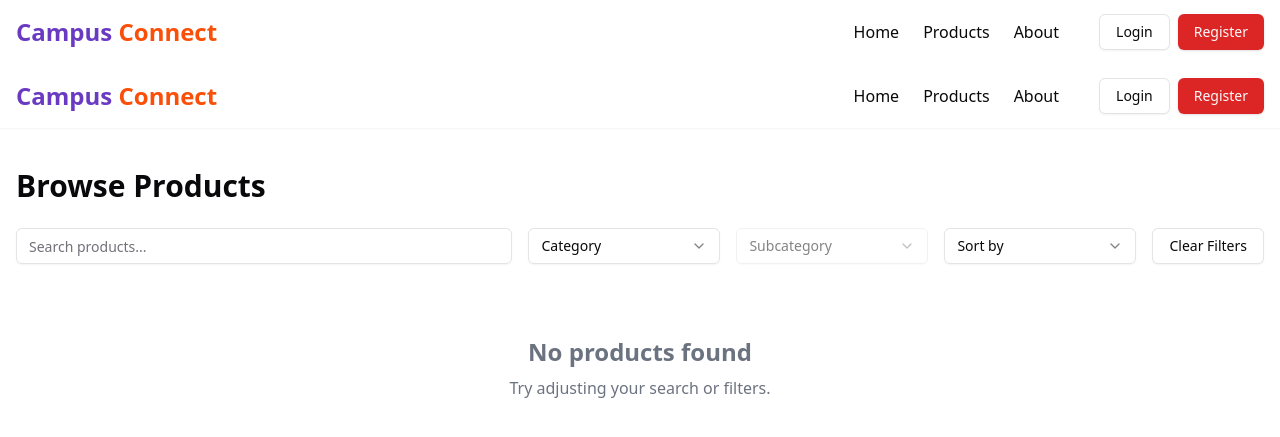
Repository: DashaaFX/Campus-Connect-CSC482
Page: /products (app in frontend-recovery/)
An editor plug-in stored every save of this project. The page is shown before and after the next save, followed by the edit.
The browser window is 1280 px wide. The pictures show the whole page.
The page's requests for data from a server got no answer. The project was rebuilt for these pictures with package versions that can differ from the ones it lists, and the page was loaded fresh each time. No one was signed in, and anything a server would have sent is missing. Also part of the build but not shown: frontend-recovery/vite.config.js, frontend-recovery/src/components/ui/popover.jsx, frontend-recovery/src/components/ui/avatar.jsx, frontend-recovery/src/components/components_lite/Header.jsx, frontend-recovery/src/components/components_lite/Footer.jsx, frontend-recovery/src/components/components_lite/LatestProducts.jsx, frontend-recovery/src/components/components_lite/Home.jsx, frontend-recovery/src/components/ui/label.jsx and 23 more.

Above is the page before, as saved 2025-04-30 18:22:38.

### frontend-recovery/index.html
<!doctype html>
<html lang="en">
  <head>
    <meta charset="UTF-8" />
    <link rel="icon" href="/sunfire sensei logo.png" />
    <meta name="viewport" content="width=device-width, initial-scale=1.0" />
    <title>Campus Connect</title>
  </head>
  <body>
    <div id="root"></div>
    <script type="module" src="/src/main.jsx"></script>
  </body>
</html>

### frontend-recovery/src/main.jsx
import { StrictMode } from "react";
import { createRoot } from "react-dom/client";
import "./index.css";
import App from "./App.jsx";
import { Toaster } from "./components/ui/sonner";
import { Provider } from "react-redux";
import { persistStore } from "redux-persist";

import store from "./redux/store";
import { PersistGate } from "redux-persist/integration/react";

const persistor = persistStore(store);

createRoot(document.getElementById("root")).render(
  <StrictMode>
    <Provider store={store}>
      <PersistGate loading={null} persistor={persistor}>
        <App />
        <Toaster />
      </PersistGate>
    </Provider>
  </StrictMode>
);

### frontend-recovery/src/index.css
@tailwind base;
@tailwind components;
@tailwind utilities;

/* ... */

@layer base {
  :root {

    --background: 0 0% 100%;

    --foreground: 240 10% 3.9%;

    --card: 0 0% 100%;

    --card-foreground: 240 10% 3.9%;

    --popover: 0 0% 100%;

    --popover-foreground: 240 10% 3.9%;

    --primary: 240 5.9% 10%;

    --primary-foreground: 0 0% 98%;

    --secondary: 240 4.8% 95.9%;

    --secondary-foreground: 240 5.9% 10%;

    --muted: 240 4.8% 95.9%;

    --muted-foreground: 240 3.8% 46.1%;

    --accent: 240 4.8% 95.9%;

    --accent-foreground: 240 5.9% 10%;

    --destructive: 0 84.2% 60.2%;

    --destructive-foreground: 0 0% 98%;

    --border: 240 5.9% 90%;

    --input: 240 5.9% 90%;

    --ring: 240 10% 3.9%;

    --chart-1: 12 76% 61%;

    --chart-2: 173 58% 39%;

    --chart-3: 197 37% 24%;

    --chart-4: 43 74% 66%;

    --chart-5: 27 87% 67%;

    --radius: 0.5rem
  }
  .dark {

    --background: 240 10% 3.9%;

    --foreground: 0 0% 98%;

    --card: 240 10% 3.9%;

    --card-foreground: 0 0% 98%;

    --popover: 240 10% 3.9%;

    --popover-foreground: 0 0% 98%;

    --primary: 0 0% 98%;

    --primary-foreground: 240 5.9% 10%;

    --secondary: 240 3.7% 15.9%;

    --secondary-foreground: 0 0% 98%;

    --muted: 240 3.7% 15.9%;

    --muted-foreground: 240 5% 64.9%;

    --accent: 240 3.7% 15.9%;

    --accent-foreground: 0 0% 98%;

    --destructive: 0 62.8% 30.6%;

    --destructive-foreground: 0 0% 98%;

    --border: 240 3.7% 15.9%;

    --input: 240 3.7% 15.9%;

    --ring: 240 4.9% 83.9%;

    --chart-1: 220 70% 50%;

    --chart-2: 160 60% 45%;

    --chart-3: 30 80% 55%;

    --chart-4: 280 65% 60%;

    --chart-5: 340 75% 55%
  }
}

@layer base {
  * {
    @apply border-border;
  }
  body {
    @apply bg-background text-foreground;
  }
}

@keyframes collapsible-down {
  from {
    height: 0;
    opacity: 0;
  }
  to {
    height: var(--radix-collapsible-content-height);
    opacity: 1;
  }
}

@keyframes collapsible-up {
  from {
    height: var(--radix-collapsible-content-height);
    opacity: 1;
  }
  to {
    height: 0;
    opacity: 0;
  }
}

### frontend-recovery/src/App.jsx
import React from "react";
import { createBrowserRouter, RouterProvider } from "react-router-dom";
import { Provider } from "react-redux";
import store from "./redux/store";

// Pages & Components
import Layout from "./Layout";
import Home from "./components/components_lite/Home";
import Login from "./components/authentication/Login";
import Register from "./components/authentication/Register";
import Profile from "./components/components_lite/Profile";
import PrivacyPolicy from "./components/components_lite/PrivacyPolicy";
import TermsofService from "./components/components_lite/TermsofService";
import Creator from "./components/creator/Creator";
import PostProduct from "./components/admincomponent/PostProduct";
import EditProductForm from "./components/admincomponent/EditProductForm";
import AdminProducts from "./pages/AdminProducts";

import PublicProductPage from "./components/components_lite/PublicProductPage";
import Products from "./components/components_lite/Products";
import CartPage from "./pages/CartPage";
import CheckoutPage from "./pages/CheckoutPage";
import MyOrdersPage from "./pages/MyOrdersPage";
import MySalesPage from "./pages/MySalesPage";

const appRouter = createBrowserRouter([
  {
    path: "/",
    element: <Layout />,
    children: [
      { path: "", element: <Home /> },
      { path: "home", element: <Home /> },
      { path: "login", element: <Login /> },
      { path: "register", element: <Register /> },
      { path: "profile", element: <Profile /> },
      { path: "privacy-policy", element: <PrivacyPolicy /> },
      { path: "terms-of-service", element: <TermsofService /> },
      { path: "creator", element: <Creator /> },

      // 🌟 Public product browsing
      { path: "products", element: <PublicProductPage /> },
      { path: "products/:id", element: <Products /> },

      // 🛒 Cart & Checkout
      { path: "cart", element: <CartPage /> },
      { path: "checkout", element: <CheckoutPage /> },

      // 📦 Orders & Sales
      { path: "my-orders", element: <MyOrdersPage /> },
      { path: "my-sales", element: <MySalesPage /> },

      // 🔧 Admin section
      {
        path: "admin",
        children: [
          { path: "products", element: <AdminProducts /> },
          { path: "products/create", element: <PostProduct /> },
          { path: "products/:id", element: <EditProductForm /> }
        ]
      }
    ]
  }
]);

function App() {
  return (
    <Provider store={store}>
      <RouterProvider router={appRouter} />
    </Provider>
  );
}

export default App;

### frontend-recovery/src/components/ui/sonner.jsx
import { useTheme } from "next-themes"
import { Toaster as Sonner } from "sonner"

const Toaster = ({
  ...props
}) => {
  const { theme = "system" } = useTheme()

  return (
    (<Sonner
      theme={theme}
      className="toaster group"
      toastOptions={{
        classNames: {
          toast:
            "group toast group-[.toaster]:bg-background group-[.toaster]:text-foreground group-[.toaster]:border-border group-[.toaster]:shadow-lg",
          description: "group-[.toast]:text-muted-foreground",
          actionButton:
            "group-[.toast]:bg-primary group-[.toast]:text-primary-foreground",
          cancelButton:
            "group-[.toast]:bg-muted group-[.toast]:text-muted-foreground",
        },
      }}
      {...props} />)
  );
}

export { Toaster }

### frontend-recovery/src/Layout.jsx
import React from "react";
import Navbar from "./components/components_lite/Navbar";
import { Outlet } from "react-router-dom";

const Layout = () => {
  return (
    <div>
      <Navbar />
      <Outlet />
    </div>
  );
};

export default Layout;

### frontend-recovery/src/components/components_lite/PublicProductPage.jsx
// src/components/components_lite/PublicProductPage.jsx
import React, { useEffect, useState } from "react";
import { useLocation, useNavigate, useSearchParams } from "react-router-dom";
import axios from "axios";
import { PRODUCT_API_ENDPOINT, CATEGORY_API_ENDPOINT } from "@/utils/data";
import ProductList from "./ProductsList";
import Navbar from "./Navbar";
import { Input } from "@/components/ui/input";
import { Button } from "@/components/ui/button";
import {
  Select,
  SelectTrigger,
  SelectValue,
  SelectContent,
  SelectItem
} from "@/components/ui/select";

const PublicProductPage = () => {
  const location = useLocation();
  const navigate = useNavigate();
  const [searchParams] = useSearchParams();

  const [products, setProducts] = useState([]);
  const [categories, setCategories] = useState([]);
  const [subcategories, setSubcategories] = useState([]);
  const [search, setSearch] = useState("");
  const [selectedCategory, setSelectedCategory] = useState("");
  const [selectedSubcategory, setSelectedSubcategory] = useState("");
  const [sort, setSort] = useState("");

  // Read query params on first load
  useEffect(() => {
    const initialSearch = searchParams.get('q') || "";
    const initialCategory = searchParams.get('category') || "";
    const initialSubcategory = searchParams.get('subcategory') || "";
    const initialSort = searchParams.get('sort') || "";

    setSearch(initialSearch);
    setSelectedCategory(initialCategory);
    setSelectedSubcategory(initialSubcategory);
    setSort(initialSort);
  }, [location.search]);

  // Load categories
  useEffect(() => {
    axios
      .get(CATEGORY_API_ENDPOINT)
      .then(res => setCategories(res.data))
      .catch(err => console.error('Failed to load categories', err));
  }, []);

  // Load subcategories when category changes
  useEffect(() => {
    if (!selectedCategory) {
      setSubcategories([]);
      return;
    }
    axios
      .get(`${CATEGORY_API_ENDPOINT}/${selectedCategory}/subcategories`)
      .then(res => setSubcategories(res.data))
      .catch(err => console.error('Failed to load subcategories', err));
  }, [selectedCategory]);

  // Fetch products
  const fetchProducts = async () => {
    try {
      const params = new URLSearchParams();

      if (search) params.append('q', search);
      if (selectedCategory) params.append('category', selectedCategory);
      if (selectedSubcategory) params.append('subcategory', selectedSubcategory);
      if (sort) params.append('sort', sort);

      const res = await axios.get(`${PRODUCT_API_ENDPOINT}?${params.toString()}`);
      setProducts(res.data.data || res.data);
    } catch (err) {
      console.error("Failed to fetch products", err);
    }
  };

  useEffect(() => {
    fetchProducts();
  }, [search, selectedCategory, selectedSubcategory, sort]);

  // ✅ When user changes filters, update URL
  const updateUrlParams = () => {
    const params = new URLSearchParams();
    if (search) params.set('q', search);
    if (selectedCategory) params.set('category', selectedCategory);
    if (selectedSubcategory) params.set('subcategory', selectedSubcategory);
    if (sort) params.set('sort', sort);

    navigate(`/products?${params.toString()}`);
  };

  // When user selects something new
  useEffect(() => {
    updateUrlParams();
  }, [search, selectedCategory, selectedSubcategory, sort]);

  const handleClearFilters = () => {
    setSearch("");
    setSelectedCategory("");
    setSelectedSubcategory("");
    setSort("");
  };

  return (
    <>
    <Navbar /> {/* Navbar component for consistent layout */}
      <div className="max-w-7xl mx-auto py-10 px-4">
        <h1 className="text-3xl font-bold mb-6">Browse Products</h1>

        {/* Filters and Search */}
        <div className="flex flex-col md:flex-row gap-4 mb-8">
          <Input
            placeholder="Search products..."
            value={search}
            onChange={(e) => setSearch(e.target.value)}
            className="flex-1"
          />

          <Select
            value={selectedCategory}
            onValueChange={(value) => {
              setSelectedCategory(value);
              setSelectedSubcategory(""); // Clear subcategory when new category selected
            }}
          >
            <SelectTrigger className="w-full md:w-48">
              <SelectValue placeholder="Category" />
            </SelectTrigger>
            <SelectContent>
              {categories.map(cat => (
                <SelectItem key={cat._id} value={cat._id}>
                  {cat.name.replace(/_/g, ' ')}
                </SelectItem>
              ))}
            </SelectContent>
          </Select>

          <Select
            value={selectedSubcategory}
            onValueChange={(value) => setSelectedSubcategory(value)}
            disabled={!selectedCategory}
          >
            <SelectTrigger className="w-full md:w-48">
              <SelectValue placeholder="Subcategory" />
            </SelectTrigger>
            <SelectContent>
              {subcategories.map(sub => (
                <SelectItem key={sub._id} value={sub._id}>
                  {sub.name.replace(/_/g, ' ')}
                </SelectItem>
              ))}
            </SelectContent>
          </Select>

          <Select
            value={sort}
            onValueChange={(value) => setSort(value)}
          >
            <SelectTrigger className="w-full md:w-48">
              <SelectValue placeholder="Sort by" />
            </SelectTrigger>
            <SelectContent>
              <SelectItem value="price">Price: Low to High</SelectItem>
              <SelectItem value="-price">Price: High to Low</SelectItem>
              <SelectItem value="-createdAt">Newest First</SelectItem>
              <SelectItem value="createdAt">Oldest First</SelectItem>
            </SelectContent>
          </Select>

          <Button variant="outline" onClick={handleClearFilters}>
            Clear Filters
          </Button>
        </div>

        {/* Products or No Products */}
        {products.length === 0 ? (
          <div className="text-center text-gray-500 py-10">
            <h2 className="text-2xl font-semibold mb-2">No products found</h2>
            <p>Try adjusting your search or filters.</p>
          </div>
        ) : (
          <ProductList products={products} />
        )}
      </div>
    </>
  );
};

export default PublicProductPage;

### frontend-recovery/src/components/components_lite/Navbar.jsx
import React from "react";
import { Link, useNavigate } from "react-router-dom";
import { Popover, PopoverContent, PopoverTrigger } from "../ui/popover";
import { Avatar, AvatarImage } from "../ui/avatar";
import { Button } from "../ui/button";
import { LogOut, User2, ShoppingCart, PackageCheck, PackageSearch } from "lucide-react";
import { useDispatch, useSelector } from "react-redux";
import { toast } from "sonner";
import axios from "axios";
import { setUser } from "@/redux/authSlice";
import { USER_API_ENDPOINT } from "@/utils/data";


const Navbar = () => {
  const { user } = useSelector((store) => store.auth);
  const cartItems = useSelector((state) => state.cart.items);
  const itemCount = cartItems.reduce((acc, item) => acc + item.quantity, 0);


  const dispatch = useDispatch();
  const navigate = useNavigate();


  const logoutHandler = async () => {
    try {
      const res = await axios.post(`${USER_API_ENDPOINT}/logout`, {
        withCredentials: true,
      });
      if (res && res.data && res.data.success) {
        dispatch(setUser(null));
        navigate("/");
        toast.success(res.data.message);
      } else {
        console.error("Error logging out:", res.data);
      }
    } catch (error) {
      console.error("Axios error:", error);
      if (error.response) {
        console.error("Error response:", error.response.data);
      }
      toast.error("Error logging out. Please try again.");
    }
  };

  return (
    <div className="bg-white sticky top-0 z-50 shadow-sm">
      <div className="flex items-center justify-between mx-auto max-w-7xl h-16 px-4">
        <div>
          <Link to="/" className="cursor-pointer">
            <h1 className="text-2xl font-bold">
              <span className="text-[#6B3AC2]">Campus</span>{" "}
              <span className="text-[#FA4F09]">Connect</span>
            </h1>
          </Link>
        </div>

        <div className="flex items-center gap-10">
          <ul className="flex font-medium items-center gap-6">
            <li><Link to={"/Home"}>Home</Link></li>
            <li><Link to={"/products"}>Products</Link></li>
            <li><Link to={"/Creator"}>About</Link></li>

            {user && (
              <>
                <li>
                  <Link to={"/cart"} className="relative flex items-center gap-1">
                    <ShoppingCart size={18} />
                    Cart
                    {itemCount > 0 && (
                      <span className="ml-1 inline-flex items-center justify-center px-2 py-0.5 text-xs font-bold text-white bg-red-500 rounded-full">
                        {itemCount}
                      </span>
                    )}
                  </Link>
                </li>
                <li>
                  <Link to={"/my-orders"} className="flex items-center gap-1">
                    <PackageCheck size={18} />
                    My Orders
                  </Link>
                </li>
                <li>
                  <Link to={"/my-sales"} className="flex items-center gap-1">
                    <PackageSearch size={18} />
                    My Sales
                  </Link>
                </li>

              </>
            )}
          </ul>

          {!user ? (
            <div className="flex items-center gap-2">
              <Link to={"/login"}>
                <Button variant="outline">Login</Button>
              </Link>
              <Link to={"/register"}>
                <Button className="bg-red-600 hover:bg-red-700">
                  Register
                </Button>
              </Link>
            </div>
          ) : (
            <Popover>
              <PopoverTrigger asChild>
                <Avatar className="cursor-pointer">
                  <AvatarImage
                    src={user?.profile?.profilePhoto}
                    alt="profile"
                  />
                </Avatar>
              </PopoverTrigger>
              <PopoverContent className="w-80">
                <div className="flex items-center gap-4 space-y-2">
                  <Avatar>
                    <AvatarImage
                      src={user?.profile?.profilePhoto}
                      alt="profile"
                    />
                  </Avatar>
                  <div>
                    <h3 className="font-medium">{user?.fullname}</h3>
                    <p className="text-sm text-muted-foreground">
                      {user?.profile?.bio}
                    </p>
                  </div>
                </div>

                <div className="flex flex-col my-2 text-gray-600">
                  <div className="flex w-fit items-center gap-2 cursor-pointer">
                    <User2 />
                    <Button variant="link">
                      <Link to={"/Profile"}>Profile</Link>
                    </Button>
                  </div>

                  <div className="flex w-fit items-center gap-2 cursor-pointer">
                    <LogOut />
                    <Button onClick={logoutHandler} variant="link">
                      Logout
                    </Button>
                  </div>
                </div>
              </PopoverContent>
            </Popover>
          )}
        </div>
      </div>
    </div>
  );
};

export default Navbar;

### frontend-recovery/src/utils/data.js
export const USER_API_ENDPOINT = "http://localhost:5011/api/user";
export const JOB_API_ENDPOINT = "http://localhost:5011/api/job";
export const APPLICATION_API_ENDPOINT = "http://localhost:5011/api/application";
export const COMPANY_API_ENDPOINT = "http://localhost:5011/api/company";
export const PRODUCT_API_ENDPOINT = "http://localhost:5011/api/products";
export const CATEGORY_API_ENDPOINT = "http://localhost:5011/api/categories";
export const CART_API_ENDPOINT = "http://localhost:5011/api/cart";
export const ORDER_API_ENDPOINT = "http://localhost:5011/api/orders";

### frontend-recovery/src/components/ui/button.jsx
import * as React from "react"
import { Slot } from "@radix-ui/react-slot"
import { cva } from "class-variance-authority";

import { cn } from "@/lib/utils"

const buttonVariants = cva(
  "inline-flex items-center justify-center gap-2 whitespace-nowrap rounded-md text-sm font-medium transition-colors focus-visible:outline-none focus-visible:ring-1 focus-visible:ring-ring disabled:pointer-events-none disabled:opacity-50 [&_svg]:pointer-events-none [&_svg]:size-4 [&_svg]:shrink-0",
  {
    variants: {
      variant: {
        default:
          "bg-primary text-primary-foreground shadow hover:bg-primary/90",
        destructive:
          "bg-destructive text-destructive-foreground shadow-sm hover:bg-destructive/90",
        outline:
          "border border-input bg-background shadow-sm hover:bg-accent hover:text-accent-foreground",
        secondary:
          "bg-secondary text-secondary-foreground shadow-sm hover:bg-secondary/80",
        ghost: "hover:bg-accent hover:text-accent-foreground",
        link: "text-primary underline-offset-4 hover:underline",
      },
      size: {
        default: "h-9 px-4 py-2",
        sm: "h-8 rounded-md px-3 text-xs",
        lg: "h-10 rounded-md px-8",
        icon: "h-9 w-9",
      },
    },
    defaultVariants: {
      variant: "default",
      size: "default",
    },
  }
)

const Button = React.forwardRef(({ className, variant, size, asChild = false, ...props }, ref) => {
  const Comp = asChild ? Slot : "button"
  return (
    (<Comp
      className={cn(buttonVariants({ variant, size, className }))}
      ref={ref}
      {...props} />)
  );
})
Button.displayName = "Button"

export { Button, buttonVariants }

### frontend-recovery/src/components/ui/select.jsx
import * as React from "react"
import * as SelectPrimitive from "@radix-ui/react-select"
import { Check, ChevronDown, ChevronUp } from "lucide-react"

import { cn } from "@/lib/utils"

const Select = SelectPrimitive.Root

const SelectGroup = SelectPrimitive.Group

const SelectValue = SelectPrimitive.Value

const SelectTrigger = React.forwardRef(({ className, children, ...props }, ref) => (
  <SelectPrimitive.Trigger
    ref={ref}
    className={cn(
      "flex h-9 w-full items-center justify-between whitespace-nowrap rounded-md border border-input bg-transparent px-3 py-2 text-sm shadow-sm ring-offset-background placeholder:text-muted-foreground focus:outline-none focus:ring-1 focus:ring-ring disabled:cursor-not-allowed disabled:opacity-50 [&>span]:line-clamp-1",
      className
    )}
    {...props}>
    {children}
    <SelectPrimitive.Icon asChild>
      <ChevronDown className="h-4 w-4 opacity-50" />
    </SelectPrimitive.Icon>
  </SelectPrimitive.Trigger>
))
SelectTrigger.displayName = SelectPrimitive.Trigger.displayName

const SelectScrollUpButton = React.forwardRef(({ className, ...props }, ref) => (
  <SelectPrimitive.ScrollUpButton
    ref={ref}
    className={cn("flex cursor-default items-center justify-center py-1", className)}
    {...props}>
    <ChevronUp className="h-4 w-4" />
  </SelectPrimitive.ScrollUpButton>
))
SelectScrollUpButton.displayName = SelectPrimitive.ScrollUpButton.displayName

const SelectScrollDownButton = React.forwardRef(({ className, ...props }, ref) => (
  <SelectPrimitive.ScrollDownButton
    ref={ref}
    className={cn("flex cursor-default items-center justify-center py-1", className)}
    {...props}>
    <ChevronDown className="h-4 w-4" />
  </SelectPrimitive.ScrollDownButton>
))
SelectScrollDownButton.displayName =
  SelectPrimitive.ScrollDownButton.displayName

const SelectContent = React.forwardRef(({ className, children, position = "popper", ...props }, ref) => (
  <SelectPrimitive.Portal>
    <SelectPrimitive.Content
      ref={ref}
      className={cn(
        "relative z-50 max-h-96 min-w-[8rem] overflow-hidden rounded-md border bg-popover text-popover-foreground shadow-md data-[state=open]:animate-in data-[state=closed]:animate-out data-[state=closed]:fade-out-0 data-[state=open]:fade-in-0 data-[state=closed]:zoom-out-95 data-[state=open]:zoom-in-95 data-[side=bottom]:slide-in-from-top-2 data-[side=left]:slide-in-from-right-2 data-[side=right]:slide-in-from-left-2 data-[side=top]:slide-in-from-bottom-2",
        position === "popper" &&
          "data-[side=bottom]:translate-y-1 data-[side=left]:-translate-x-1 data-[side=right]:translate-x-1 data-[side=top]:-translate-y-1",
        className
      )}
      position={position}
      {...props}>
      <SelectScrollUpButton />
      <SelectPrimitive.Viewport
        className={cn("p-1", position === "popper" &&
          "h-[var(--radix-select-trigger-height)] w-full min-w-[var(--radix-select-trigger-width)]")}>
        {children}
      </SelectPrimitive.Viewport>
      <SelectScrollDownButton />
    </SelectPrimitive.Content>
  </SelectPrimitive.Portal>
))
SelectContent.displayName = SelectPrimitive.Content.displayName

const SelectLabel = React.forwardRef(({ className, ...props }, ref) => (
  <SelectPrimitive.Label
    ref={ref}
    className={cn("px-2 py-1.5 text-sm font-semibold", className)}
    {...props} />
))
SelectLabel.displayName = SelectPrimitive.Label.displayName

const SelectItem = React.forwardRef(({ className, children, ...props }, ref) => (
  <SelectPrimitive.Item
    ref={ref}
    className={cn(
      "relative flex w-full cursor-default select-none items-center rounded-sm py-1.5 pl-2 pr-8 text-sm outline-none focus:bg-accent focus:text-accent-foreground data-[disabled]:pointer-events-none data-[disabled]:opacity-50",
      className
    )}
    {...props}>
    <span className="absolute right-2 flex h-3.5 w-3.5 items-center justify-center">
      <SelectPrimitive.ItemIndicator>
        <Check className="h-4 w-4" />
      </SelectPrimitive.ItemIndicator>
    </span>
    <SelectPrimitive.ItemText>{children}</SelectPrimitive.ItemText>
  </SelectPrimitive.Item>
))
SelectItem.displayName = SelectPrimitive.Item.displayName

const SelectSeparator = React.forwardRef(({ className, ...props }, ref) => (
  <SelectPrimitive.Separator
    ref={ref}
    className={cn("-mx-1 my-1 h-px bg-muted", className)}
    {...props} />
))
SelectSeparator.displayName = SelectPrimitive.Separator.displayName

export {
  Select,
  SelectGroup,
  SelectValue,
  SelectTrigger,
  SelectContent,
  SelectLabel,
  SelectItem,
  SelectSeparator,
  SelectScrollUpButton,
  SelectScrollDownButton,
}

Loaded but not shown: frontend-recovery/src/components/ui/input.jsx (common file); frontend-recovery/src/lib/utils.js (common file); frontend-recovery/tailwind.config.js (common file); frontend-recovery/src/redux/productSlice.js (180 lines, source omitted); frontend-recovery/src/redux/authSlice.js (133 lines, source omitted); frontend-recovery/src/redux/cartSlice.js (74 lines, source omitted); frontend-recovery/src/redux/store.js (41 lines, source omitted)

After the next save:
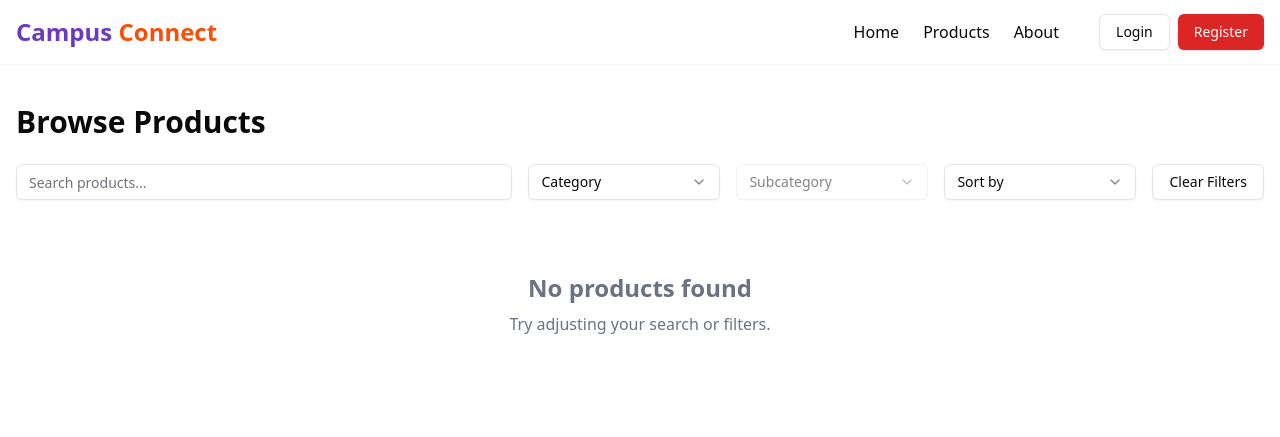
Saved 29 s later.
--- a/frontend-recovery/src/components/components_lite/PublicProductPage.jsx
+++ b/frontend-recovery/src/components/components_lite/PublicProductPage.jsx
@@ -107,7 +107,7 @@ const PublicProductPage = () => {
 
   return (
     <>
-    <Navbar /> {/* Navbar component for consistent layout */}
+
       <div className="max-w-7xl mx-auto py-10 px-4">
         <h1 className="text-3xl font-bold mb-6">Browse Products</h1>
 
